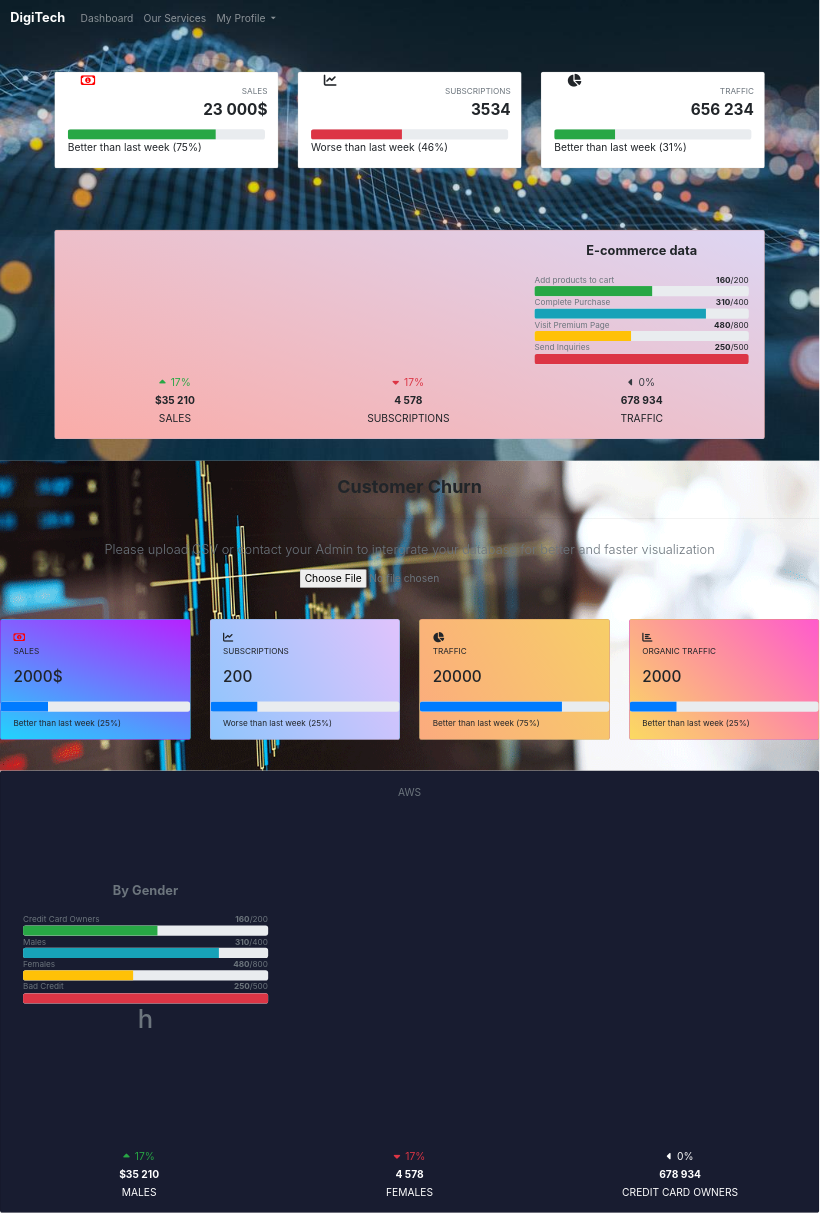
Repository: Tookliin/DigiTech
Page: /data
An editor plug-in stored every save of this project. The page is shown before and after the next save, followed by the edit.
The browser window is 1280 px wide. The page is 1295 px wide, so the pictures cover 1295 px, including what lies to the right of the window. The pictures show the whole page, at 64% of full size.
The project was rebuilt for these pictures with package versions that can differ from the ones it lists, and the page was loaded fresh each time. Also part of the build but not shown: src/components/Dashboard.vue, src/components/Profile.vue, src/components/Error.vue, src/components/Register.vue.

Above is the page before, as saved 2020-07-22 08:47:38.

### src/main.js
import Vue from 'vue';
import App from './App.vue';
import VueRouter from 'vue-router';
// import 'bootstrap-icons';
// import 'bootstrap-icons/icons';
import 'jquery';
import 'popper.js';
import 'bootstrap';
import 'bootstrap/dist/css/bootstrap.min.css';
import './assets/css/main.css';
import '@fortawesome/fontawesome-free/css/all.min.css';
import 'bootstrap-css-only/css/bootstrap.min.css';
import Dashboard from './components/Dashboard.vue';
import Profile from './components/Profile';
import Error from './components/Error.vue';
import Register from './components/Register.vue';
import Organization from './components/Organization.vue';

Vue.use(VueRouter);
Vue.config.productionTip = false

const router = new VueRouter({
routes: [
  {path: '/', component: Dashboard},
  {path: '/profile', component: Profile},
  {path: '/register', component: Register},
  {path: '/data', component: Organization},
  {path: '*', component: Error}
],
mode: 'history'
});
new Vue({
  router,
  render: h => h(App)
}).$mount('#app');

### src/App.vue
<template>
  <div id="app">
    <main class="">
  <nav class="navbar fixed-top navbar-expand-lg navbar-dark scrolling-navbar">
        <a class="navbar-brand" href="/"><strong>DigiTech</strong></a>
        <button class="navbar-toggler" type="button" data-toggle="collapse" data-target="#navbarSupportedContent" aria-controls="navbarSupportedContent" aria-expanded="false" aria-label="Toggle navigation">
            <span class="navbar-toggler-icon"></span>
        </button>
        <div class="collapse navbar-collapse" id="navbarSupportedContent">
            <ul class="navbar-nav mr-auto">
              <router-link to="/">
              <a class="nav-link">Dashboard <span class="sr-only">(current)</span></a></router-link>

                <router-link to="/profile">
                  <a class="nav-link" >Our Services</a>
                </router-link>


                 <li class="nav-item dropdown">
          <a class="nav-link dropdown-toggle" id="navbarDropdownMenuLink-4" data-toggle="dropdown" aria-haspopup="true"
            aria-expanded="false">
           My Profile
          </a>
          <div class="dropdown-menu dropdown-menu-right dropdown-info" aria-labelledby="navbarDropdownMenuLink-4">
             <router-link to="/data">
             <a class="dropdown-item">Account</a></router-link>

             <router-link to="/register">
             <a class="dropdown-item">Register</a></router-link>

             <router-link to="/logout">
             <a class="dropdown-item">Log out</a></router-link>



            <!-- <a class="dropdown-item" href="/data">Our Clients</a> -->
          </div>
        </li>
            </ul>
        </div>
    </nav>
    </main>
    <router-view/>
  </div>
</template>
<script>
export default {
  name: "App",
  components:{

  },
  data(){
    return{}
  }
}
</script>

### src/assets/css/main.css
html,
body,
header,
.view {
  height: 100%;
}

.navbar {
    background-color: transparent;
}

@media (max-width: 740px) {
  html,
  body,
  header,
  .view {
    height: 1200px;
  }
}
@media (min-width: 800px) and (max-width: 850px) {
  html,
  body,
  header,
  .view {
    height: 700px;
  }
}

.top-nav-collapse {
  background-color: #39448c !important;
}

.navbar:not(.top-nav-collapse) {
  background: transparent !important;
}

@media (max-width: 991px) {
 .navbar:not(.top-nav-collapse) {
  background: #39448c !important;
 }
}

.far{
    color: red;
}

.dashboard{
    background-color: #21D4FD;
background-image: -webkit-linear-gradient(19deg, #21D4FD 0%, #B721FF 100%);
background-image: -moz-linear-gradient(19deg, #21D4FD 0%, #B721FF 100%);
background-image: -o-linear-gradient(19deg, #21D4FD 0%, #B721FF 100%);
background-image: linear-gradient(19deg, #21D4FD 0%, #B721FF 100%);
}

.profile{
background-color: #D9AFD9;
background-image: -webkit-linear-gradient(0deg, #D9AFD9 0%, #97D9E1 100%);
background-image: -moz-linear-gradient(0deg, #D9AFD9 0%, #97D9E1 100%);
background-image: -o-linear-gradient(0deg, #D9AFD9 0%, #97D9E1 100%);
background-image: linear-gradient(0deg, #D9AFD9 0%, #97D9E1 100%);

}


 .data{
    /* background-color: #FAACA8;
background-image: -webkit-linear-gradient(19deg, #FAACA8 0%, #DDD6F3 100%);
background-image: -moz-linear-gradient(19deg, #FAACA8 0%, #DDD6F3 100%);
background-image: -o-linear-gradient(19deg, #FAACA8 0%, #DDD6F3 100%);
background-image: linear-gradient(19deg, #FAACA8 0%, #DDD6F3 100%); */
background-image: url("../images/dsa.jpg");
background-position: center;
background-size: cover;;

 }

 .client-card{
     background-color: #FAACA8;
background-image: -webkit-linear-gradient(19deg, #FAACA8 0%, #DDD6F3 100%);
background-image: -moz-linear-gradient(19deg, #FAACA8 0%, #DDD6F3 100%);
background-image: -o-linear-gradient(19deg, #FAACA8 0%, #DDD6F3 100%);
background-image: linear-gradient(19deg, #FAACA8 0%, #DDD6F3 100%);
 }

 .customer-churn{
     /* background-attachment: fixed; */
     background-image: url("../images/ad.gif");
     background-position: center;
     background-size: cover;;
 }
.sales{
    background-color: #21D4FD;
    background-image: -webkit-linear-gradient(19deg, #21D4FD 0%, #B721FF 100%);
    background-image: -moz-linear-gradient(19deg, #21D4FD 0%, #B721FF 100%);
    background-image: -o-linear-gradient(19deg, #21D4FD 0%, #B721FF 100%);
    background-image: linear-gradient(19deg, #21D4FD 0%, #B721FF 100%);
}

.subscription{
    background-color: #8EC5FC;
    background-image: -webkit-linear-gradient(62deg, #8EC5FC 0%, #E0C3FC 100%);
    background-image: -moz-linear-gradient(62deg, #8EC5FC 0%, #E0C3FC 100%);
    background-image: -o-linear-gradient(62deg, #8EC5FC 0%, #E0C3FC 100%);
    background-image: linear-gradient(62deg, #8EC5FC 0%, #E0C3FC 100%);

}

.traffic{
    background-color: #FBAB7E;
    background-image: -webkit-linear-gradient(62deg, #FBAB7E 0%, #F7CE68 100%);
    background-image: -moz-linear-gradient(62deg, #FBAB7E 0%, #F7CE68 100%);
    background-image: -o-linear-gradient(62deg, #FBAB7E 0%, #F7CE68 100%);
    background-image: linear-gradient(62deg, #FBAB7E 0%, #F7CE68 100%);

}

.organic{
    background-color: #FBDA61;
    background-image: -webkit-linear-gradient(45deg, #FBDA61 0%, #FF5ACD 100%);
    background-image: -moz-linear-gradient(45deg, #FBDA61 0%, #FF5ACD 100%);
    background-image: -o-linear-gradient(45deg, #FBDA61 0%, #FF5ACD 100%);
    background-image: linear-gradient(45deg, #FBDA61 0%, #FF5ACD 100%);

}

### src/components/Organization.vue
<template>

<div class="">
<div class="data" style="height: 100vh;">

<div class="container ">
    <div class="row">
      <div class="col-lg-4 col-md-12 py-5 my-5">
        <div class="card mt-3">

          <div class="">
            <i class="far fa-money-bill-alt fa-lg primary-color z-depth-2 p-4 ml-3 mt-n3 rounded text-black"></i>
            <div class="float-right text-right p-3">
              <p class="text-uppercase text-muted mb-1"><small>sales</small></p>
              <h4 class="font-weight-bold mb-0">23 000$</h4>
            </div>
          </div>

          <div class="card-body pt-0">
            <div class="progress md-progress">
              <div class="progress-bar bg-success" role="progressbar" style="width: 75%" aria-valuenow="75" aria-valuemin="0"
                aria-valuemax="100"></div>
            </div>
            <p class="card-text">Better than last week (75%)</p>
          </div>
        </div>
      </div>

      <div class="col-lg-4 col-md-6 my-5 py-5">
        <div class="card mt-3">
          <div class="">
            <i class="fas fa-chart-line fa-lg teal z-depth-2 p-4 ml-3 mt-n3 rounded text-black"></i>
            <div class="float-right text-right p-3">
              <p class="text-uppercase text-muted mb-1"><small>subscriptions</small></p>
              <h4 class="font-weight-bold mb-0">3534</h4>
            </div>
          </div>
          <div class="card-body pt-0">
            <div class="progress md-progress">
              <div class="progress-bar bg-danger" role="progressbar" style="width: 46%" aria-valuenow="46" aria-valuemin="0"
                aria-valuemax="100"></div>
            </div>
            <p class="card-text">Worse than last week (46%)</p>
          </div>
        </div>
      </div>

      <div class="col-lg-4 col-md-6 my-5 py-5">
        <div class="card mt-3">
          <div class="">
            <i class="fas fa-chart-pie fa-lg purple z-depth-2 p-4 ml-3 mt-n3 rounded text-black"></i>
            <div class="float-right text-right p-3">
              <p class="text-uppercase text-muted mb-1"><small>traffic</small></p>
              <h4 class="font-weight-bold mb-0">656 234</h4>
            </div>
          </div>
          <div class="card-body pt-0">
            <div class="progress md-progress">
              <div class="progress-bar bg-success" role="progressbar" style="width: 31%" aria-valuenow="31" aria-valuemin="0"
                aria-valuemax="100"></div>
            </div>
            <p class="card-text">Better than last week (31%)</p>
          </div>
        </div>
      </div>
    </div>


    <!-- Client Behaviour -->
 <section>
      <div class=" client-card card">
        <div class="card-body mr-md-1">
          <div class="row mb-3">
            <div class="col-md-8 mb-4">
              <canvas id="barChart" height="100"></canvas>
            </div>
            <div class="col-md-4 mb-1 mb-md-0">
              <h5 class="text-center font-weight-bold mb-4">E-commerce data</h5>
              <div class="d-flex justify-content-between">
                <small class="text-muted">Add products to cart</small>
                <small><span><strong>160</strong></span>/<span></span>200</small>
              </div>
              <div class="progress md-progress">
                <div class="progress-bar bg-success" role="progressbar" style="width: 55%" aria-valuenow="55"
                  aria-valuemin="0" aria-valuemax="100"></div>
              </div>
              <div class="d-flex justify-content-between">
                <small class="text-muted">Complete Purchase</small>
                <small><span><strong>310</strong></span>/<span></span>400</small>
              </div>
              <div class="progress md-progress">
                <div class="progress-bar bg-info" role="progressbar" style="width: 80%" aria-valuenow="80"
                  aria-valuemin="0" aria-valuemax="100"></div>
              </div>
              <div class="d-flex justify-content-between">
                <small class="text-muted">Visit Premium Page</small>
                <small><span><strong>480</strong></span>/<span></span>800</small>
              </div>
              <div class="progress md-progress">
                <div class="progress-bar bg-warning" role="progressbar" style="width: 45%" aria-valuenow="45"
                  aria-valuemin="0" aria-valuemax="100"></div>
              </div>
              <div class="d-flex justify-content-between">
                <small class="text-muted">Send Inquiries</small>
                <small><span><strong>250</strong></span>/<span></span>500</small>
              </div>
              <div class="progress md-progress">
                <div class="progress-bar bg-danger" role="progressbar" style="width: 100%" aria-valuenow="100"
                  aria-valuemin="0" aria-valuemax="100"></div>
              </div>
            </div>
          </div>
          <div class="row text-center">
            <div class="col-md-4 mb-4 mb-md-0">
              <p class="text-success mb-1"><i class="fas fa-caret-up mr-2"></i>17%</p>
              <p class="font-weight-bold mb-1">$35 210</p>
              <p class="text-uppercase mb-md-0">Sales</p>
            </div>
            <div class="col-md-4 mb-4 mb-md-0">
              <p class="text-danger mb-1"><i class="fas fa-caret-down mr-2"></i>17%</p>
              <p class="font-weight-bold mb-1">4 578</p>
              <p class="text-uppercase mb-md-0">Subscriptions</p>
            </div>
            <div class="col-md-4 mb-0">
              <p class="text-dark mb-1"><i class="fas fa-caret-left mr-2"></i>0%</p>
              <p class="font-weight-bold mb-1">678 934</p>
              <p class="text-uppercase mb-0">Traffic</p>
            </div>
          </div>
        </div>
      </div>
    </section>
    </div>
    </div>

<!-- Customer Churn -->
<section class=" customer-churn py-4">

    <h3 class="font-weight-bold text-center dark-grey-text pb-2">
        Customer Churn</h3>
    <hr class="w-header my-4">
    <p class="lead text-center text-muted pt-2 mb-3">Please upload CSV or contact your Admin to intergrate your database for better and faster visualization

    </p>
    <div class="text-center text-muted mb-5">
        <input type="file" name="form" id="form">
        <a class="primary-color"></a>
    </div>


    <div class="row white-text">
      <div class="col-xl-3 col-md-6 mb-4">
        <div class="sales card classic-admin-card primary-color">
          <div class="card-body py-3">
            <i class="far fa-money-bill-alt"></i>
            <p class="small">SALES</p>
            <h4>2000$</h4>
          </div>
          <div class="progress md-progress">
            <div class="progress-bar grey darken-3" role="progressbar" style="width: 25%" aria-valuenow="25" aria-valuemin="0" aria-valuemax="100"></div>
          </div>
          <div class="card-body pt-2 pb-3">
            <p class="small mb-0">Better than last week (25%)</p>
          </div>
        </div>
      </div>

      <div class="col-xl-3 col-md-6 mb-4">
        <div class="subscription card classic-admin-card warning-color">
          <div class="card-body py-3">
            <i class="fas fa-chart-line"></i>
            <p class="small">SUBSCRIPTIONS</p>
            <h4>200</h4>
          </div>
          <div class="progress md-progress">
            <div class="progress-bar bg grey darken-3" role="progressbar" style="width: 25%" aria-valuenow="25" aria-valuemin="0" aria-valuemax="100"></div>
          </div>
          <div class="card-body pt-2 pb-3">
            <p class="small mb-0">Worse than last week (25%)</p>
          </div>
        </div>
      </div>

      <div class="col-xl-3 col-md-6 mb-4">
        <div class="traffic card classic-admin-card light-blue lighten-1">
          <div class="card-body py-3">
            <i class="fas fa-chart-pie"></i>
            <p class="small">TRAFFIC</p>
            <h4>20000</h4>
          </div>
          <div class="progress md-progress">
            <div class="progress-bar grey darken-3" role="progressbar" style="width: 75%" aria-valuenow="75" aria-valuemin="0" aria-valuemax="100"></div>
          </div>
          <div class="card-body pt-2 pb-3">
            <p class="small mb-0">Better than last week (75%)</p>
          </div>
        </div>
      </div>

      <div class="col-xl-3 col-md-6 mb-4">
        <div class="organic card classic-admin-card red accent-2">
          <div class="card-body py-3">
            <i class="fas fa-chart-bar"></i>
            <p class="small">ORGANIC TRAFFIC</p>
            <h4>2000</h4>
          </div>
          <div class="progress md-progress">
            <div class="progress-bar grey darken-3" role="progressbar" style="width: 25%" aria-valuenow="25" aria-valuemin="0" aria-valuemax="100"></div>
          </div>
          <div class="card-body pt-2 pb-3">
            <p class="small mb-0">Better than last week (25%)</p>
          </div>
        </div>
      </div>
    </div>
  </section>


   <section>

    <div class="card" style="background-color: #181C30;">
      <div class="card-body">
            <div class="text-center text-muted mb-5">
                <a class="primary-color">AWS</a>

            <div class="col-md-6 mb-4">
              <canvas id="barChart" height="100"></canvas>
            </div>
            <div class="col-md-4 mb- ">
              <h5 class="text-center font-weight-bold mb-4">By Gender</h5>
              <div class="d-flex justify-content-between">
                <small class="text-muted">Credit Card Owners</small>
                <small><span><strong>160</strong></span>/<span></span>200</small>
              </div>
              <div class="progress md-progress">
                <div class="progress-bar bg-success" role="progressbar" style="width: 55%" aria-valuenow="55"
                  aria-valuemin="0" aria-valuemax="100"></div>
              </div>
              <div class="d-flex justify-content-between">
                <small class="text-muted">Males</small>
                <small><span><strong>310</strong></span>/<span></span>400</small>
              </div>
              <div class="progress md-progress">
                <div class="progress-bar bg-info" role="progressbar" style="width: 80%" aria-valuenow="80"
                  aria-valuemin="0" aria-valuemax="100"></div>
              </div>
              <div class="d-flex justify-content-between">
                <small class="text-muted">Females</small>
                <small><span><strong>480</strong></span>/<span></span>800</small>
              </div>
              <div class="progress md-progress">
                <div class="progress-bar bg-warning" role="progressbar" style="width: 45%" aria-valuenow="45"
                  aria-valuemin="0" aria-valuemax="100"></div>
              </div>
              <div class="d-flex justify-content-between">
                <small class="text-muted">Bad Credit</small>
                <small><span><strong>250</strong></span>/<span></span>500</small>
              </div>
              <div class="progress md-progress">
                <div class="progress-bar bg-danger" role="progressbar" style="width: 100%" aria-valuenow="100"
                  aria-valuemin="0" aria-valuemax="100"></div>
              </div>


             <div class="">
              <h1>h</h1>
            </div>
          </div>



                </div>



        <canvas id="lineChart" class="mb-4" height="100"></canvas>

        <!--Grid row-->
        <div class="row text-center text-white">


          <!--Grid column-->
          <div class="col-md-4 mb-4 mb-md-0">

            <p class="text-success mb-1"><i class="fas fa-caret-up mr-2"></i>17%</p>
            <p class="font-weight-bold mb-1">$35 210</p>
            <p class="text-uppercase mb-md-0">Males</p>

          </div>
          <!--Grid column-->

          <!--Grid column-->
          <div class="col-md-4 mb-4 mb-md-0">

            <p class="text-danger mb-1"><i class="fas fa-caret-down mr-2"></i>17%</p>
            <p class="font-weight-bold mb-1">4 578</p>
            <p class="text-uppercase mb-md-0">Females</p>

          </div>
          <!--Grid column-->

          <!--Grid column-->
          <div class="col-md-4 mb-0">

            <p class="text-grey mb-1"><i class="fas fa-caret-left mr-2"></i>0%</p>
            <p class="font-weight-bold mb-1">678 934</p>
            <p class="text-uppercase mb-0">Credit Card Owners</p>
          </div>
        </div>

      </div>
    </div>
  </section>


    </div>
</template>
<script>
export default {
    name: 'Profile',
    props:{


    }, data() {
        return {
            male: 8137,
            labels: ["Red", "Blue", "Yellow", "Green", "Purple", "Orange"],




        }
    },
    mounted() {

    this.ctxB = document.getElementById("barChart").getContext('2d');
    this.myBarChart =  {
      type: 'bar',
      data: {
        labels: ["Red", "Blue", "Yellow", "Green", "Purple", "Orange"],
        datasets: [{
          label: '# of Votes',
          data: [12, 19, 3, 5, 2, 3],
          backgroundColor: [
            'rgba(255, 99, 132, 0.2)',
            'rgba(54, 162, 235, 0.2)',
            'rgba(255, 206, 86, 0.2)',
            'rgba(75, 192, 192, 0.2)',
            'rgba(153, 102, 255, 0.2)',
            'rgba(255, 159, 64, 0.2)'
          ],
          borderColor: [
            'rgba(255,99,132,1)',
            'rgba(54, 162, 235, 1)',
            'rgba(255, 206, 86, 1)',
            'rgba(75, 192, 192, 1)',
            'rgba(153, 102, 255, 1)',
            'rgba(255, 159, 64, 1)'
          ],
          borderWidth: 1
        }]
      },
      options: {
        scales: {
          yAxes: [{
            ticks: {
              beginAtZero: true
            }
          }]
        }
      }
    };
    },
    methods: {

    },
}
</script>

Loaded but not shown: public/index.html (common file)

After the next save:
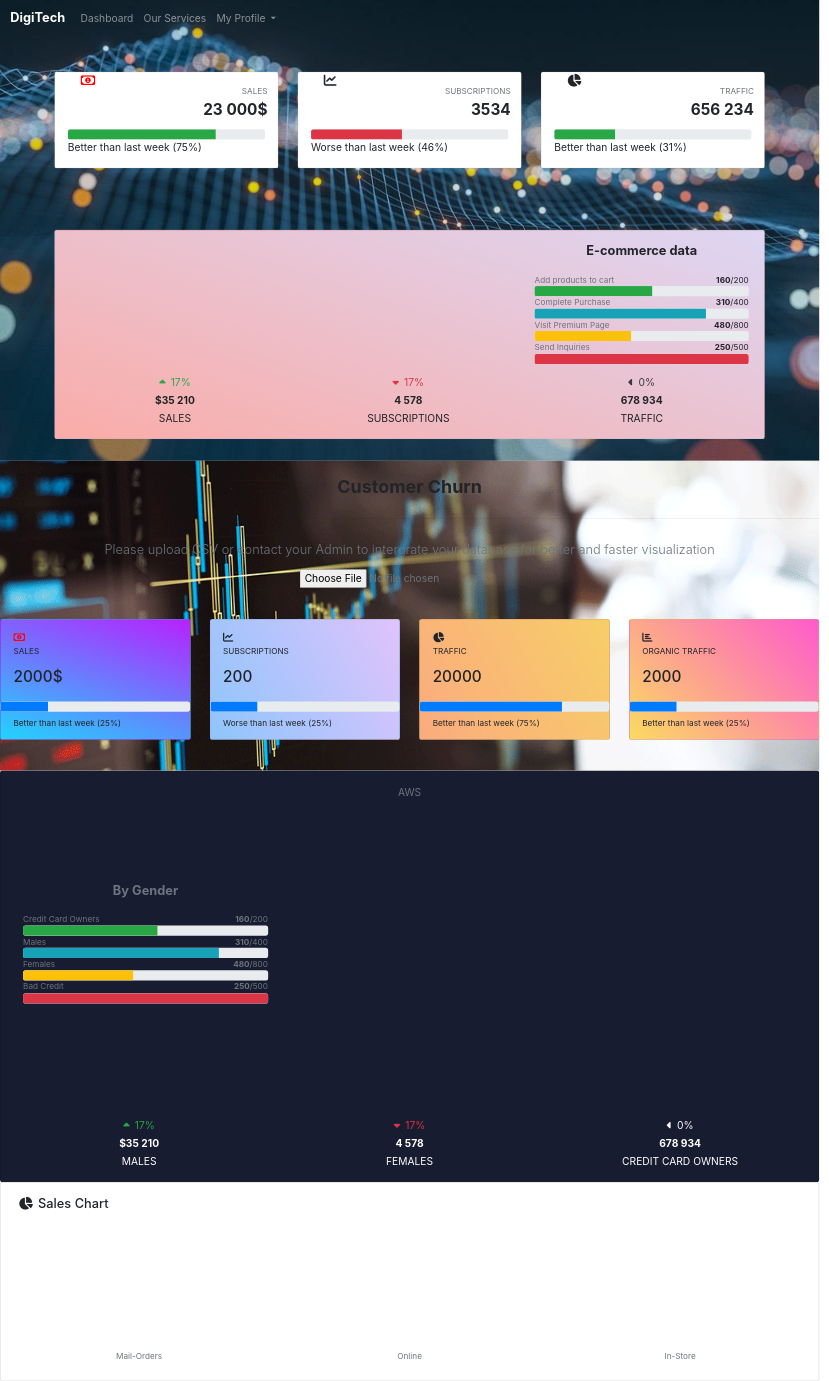
Saved 2 min 56 s later.
--- a/src/components/Organization.vue
+++ b/src/components/Organization.vue
@@ -261,10 +261,6 @@
                   aria-valuemin="0" aria-valuemax="100"></div>
               </div>
 
-
-             <div class="">
-              <h1>h</h1>
-            </div>
           </div>
 
 
@@ -310,6 +306,64 @@
 
       </div>
     </div>
+  </section>
+
+   <section>
+
+    <div class="card indigo">
+      <div class="card-body">
+
+        <p class="h5 white-text pb-4 mb-3"><i class="fas fa-chart-pie px-2"></i>Sales Chart</p>
+
+        <canvas id="lineChart1" class="mb-4" height="100"></canvas>
+
+      </div>
+
+      <div class="card-body white">
+
+        <!--Grid row-->
+        <div class="row text-center text-muted my-2">
+
+            <!--Grid column-->
+            <div class="col-md-4 mb-4 mb-md-0">
+
+              <span class="min-chart mt-0 mb-3" id="chart-pageviews" data-percent="86">
+                <span class="percent"></span>
+              </span>
+              <p class="small mb-md-0">Mail-Orders</p>
+
+            </div>
+            <!--Grid column-->
+
+            <!--Grid column-->
+            <div class="col-md-4 mb-4 mb-md-0">
+
+          		<span class="min-chart mt-0 mb-3" id="chart-sales" data-percent="54">
+                <span class="percent"></span>
+              </span>
+              <p class="small mb-md-0">Online</p>
+
+            </div>
+            <!--Grid column-->
+
+            <!--Grid column-->
+            <div class="col-md-4 mb-0">
+
+            	<span class="min-chart mt-0 mb-3" id="chart-downloads" data-percent="72">
+                <span class="percent"></span>
+              </span>
+              <p class="small mb-0">In-Store</p>
+
+            </div>
+            <!--Grid column-->
+
+          </div>
+          <!--Grid row-->
+
+      </div>
+    </div>
+
+
   </section>
 
 
